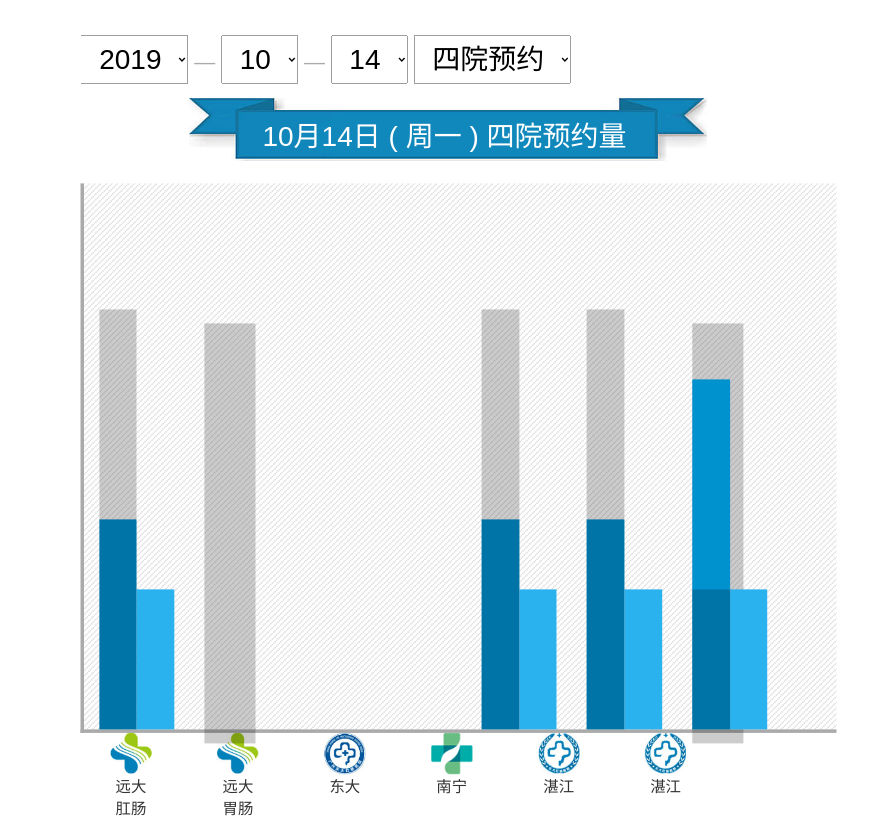
Repository: jerryyan/project
Page: http://localhost/m/index.php
These files come from the project's save history. The page is drawn as it stood at one moment and after the next save; the edit follows.
The browser window is 1280 px wide. The pictures show the whole page, at 70% of full size.
The page is run by PHP 8.4 with error messages shown; the project is at /var/www/html/. The session is filled in as if someone had signed in: {"name": "admin"}.

Above is the page before, as saved 2019-10-14 15:47:20.

After the next save:
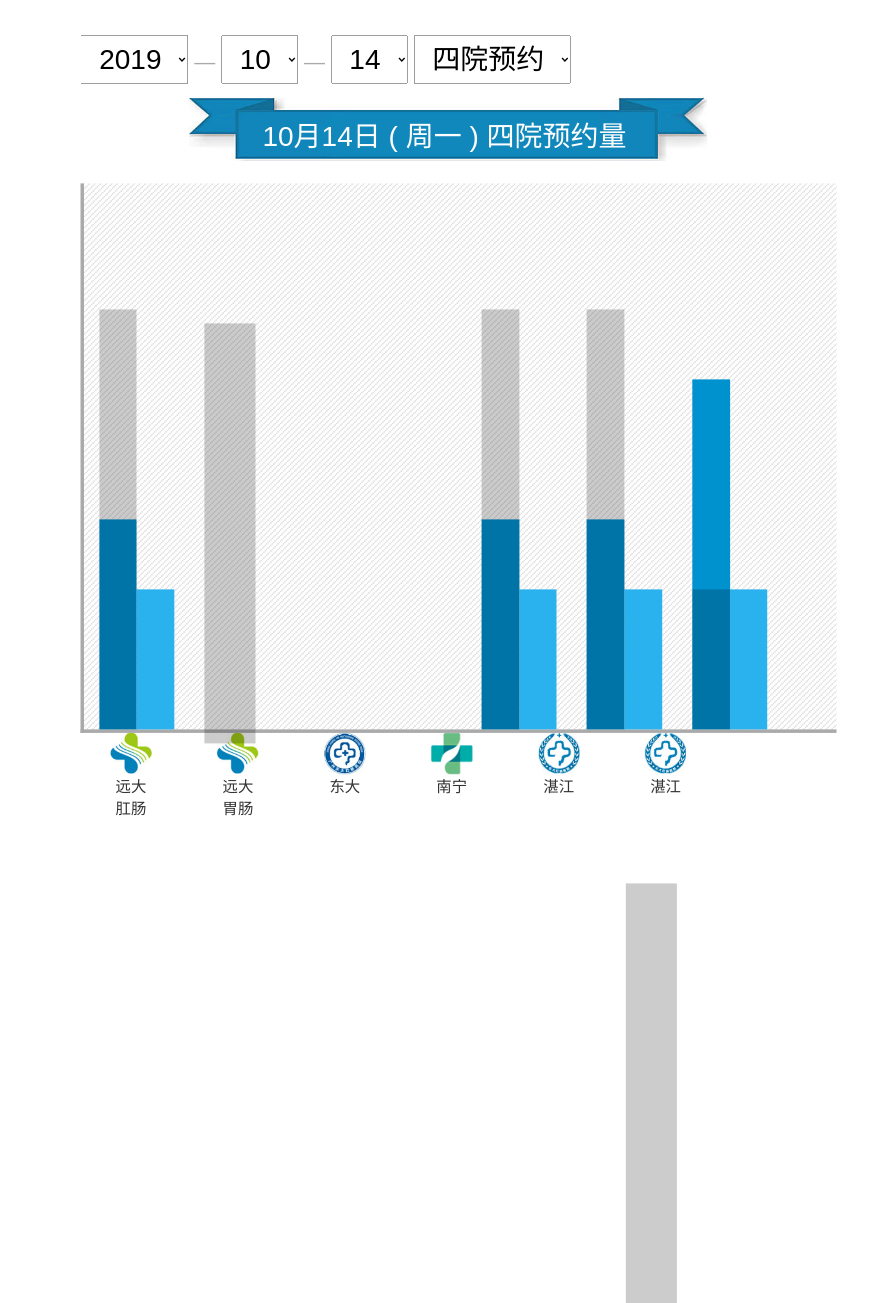
Saved 7 s later.
--- a/m/css/m.css
+++ b/m/css/m.css
@@ -260,7 +260,7 @@ span {
 }
 
 .ty {
-    margin-left: 58%;
+    margin-left: 72%;
 }
 
 
